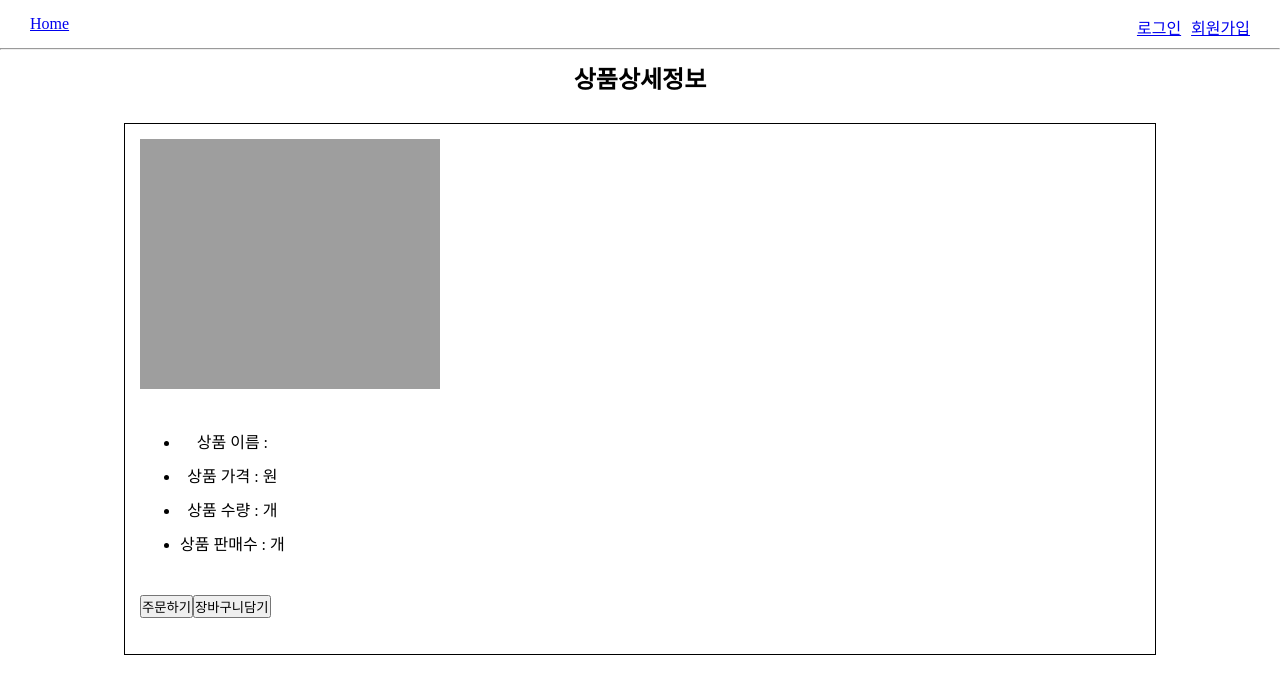
Repository: quswldms137/Shopping
Page: http://localhost/shop/WEB-INF/views/productDetail.jsp
These files come from the project's save history. The page is drawn as it stood at one moment and after the next save; the edit follows.
The browser window is 1280 px wide. The pictures show the whole page.
Pictures or frames that could not be fetched are drawn as grey boxes. The page is served by Tomcat 10. Nobody is signed in. The template is opened directly, without the code that normally fills it, so the values that code supplies are empty.

Above is the page before, as saved 2024-05-29 07:19:07.

After the next save:
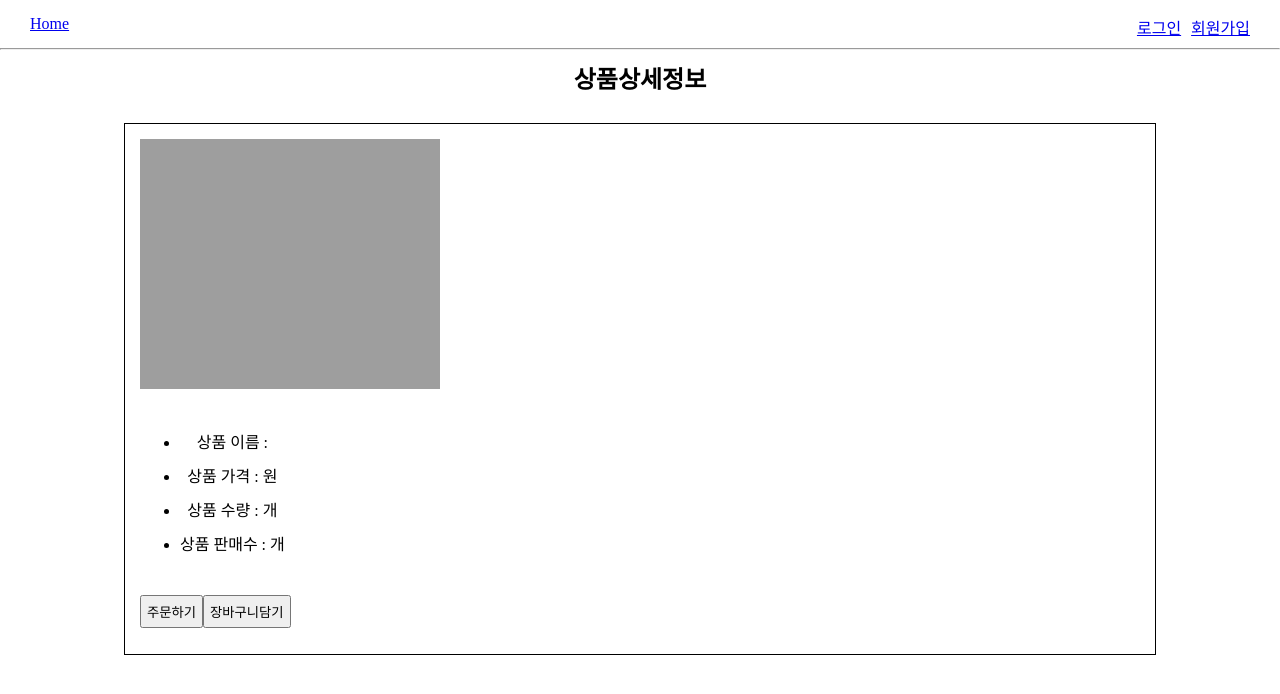
Saved 42 s later.
--- a/shop/shop/src/main/webapp/WEB-INF/views/productDetail.jsp
+++ b/shop/shop/src/main/webapp/WEB-INF/views/productDetail.jsp
@@ -36,6 +36,9 @@ h2{padding:10px;}
     align-items: center; /* 가로축 가운데 정렬 */
     justify-content: center; /* 세로축 가운데 정렬 */
 }
+.btn button{
+	padding:5px;
+}
 
 </style>
 </head>
